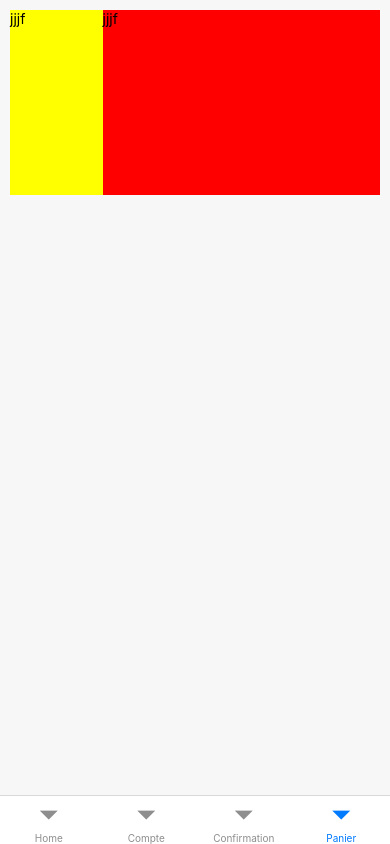
Repository: Norlan-20/Last-Afrilink
Screen: /Panier
These files come from the project's save history. The screen is drawn as it stood at one moment and after the next save; the edit follows.
The page's requests for data from a server got no answer. The app was drawn by React Native's web renderer in a window 390 px wide. The project was rebuilt for these pictures with package versions that can differ from the ones it lists, and the page was loaded fresh each time. No one was signed in, and anything a server would have sent is missing. Also part of the build but not shown: screen/User.js, component/button.js, screen/Confirmation.js, screen/Connexion.js, screen/Inscription.js, screen/Categorie.js, screen/Produit.js.

Above is the screen before, as saved 2021-09-27 09:32:37.

### App.js
/* eslint-disable prettier/prettier */
import React from 'react';
import {View} from 'react-native';
import { NavigationContainer } from '@react-navigation/native';
import { createNativeStackNavigator } from '@react-navigation/native-stack';
import { createBottomTabNavigator } from '@react-navigation/bottom-tabs';
import HomeScreen from './screen/Home';
import UserScreen from './screen/User';
import ConfirmationScreen from './screen/Confirmation';
import ConnexionScreen from './screen/Connexion';
import InscriptionScreen from './screen/Inscription';
import CategorieScreen from './screen/Categorie';
import ProduitScreen from './screen/Produit';
import CartScreen from './screen/Cart';

const Tab = createBottomTabNavigator();
const Stack = createNativeStackNavigator();

const BottomScreen = () => {
  return (
    <Tab.Navigator screenOptions={{headerShown: false}} >
        <Tab.Screen name="Home" component={HomeScreen}/>
        <Tab.Screen name="Compte" component={UserScreen}/>
        <Tab.Screen name="Confirmation" component={ConnexionScreen}/>
        <Tab.Screen name="Panier" component={CartScreen} />
    </Tab.Navigator>
  );
};

const App = () => {
  return (
    <NavigationContainer>
      <Stack.Navigator>
        <Stack.Screen name="Home" options={{headerShown: false}} component={BottomScreen} />
        <Stack.Screen name="Categorie" component={CategorieScreen} />
        <Stack.Screen name="Inscription" component={InscriptionScreen} />
        <Stack.Screen name="Produit" component={ProduitScreen} />
        {/* <Stack.Screen name="Panier" component={CartScreen} /> */}
      </Stack.Navigator>
    </NavigationContainer>
  );
};

export default App;

### screen/Home.js
/* eslint-disable prettier/prettier */
import React,{useState,useEffect} from 'react';
import {View, Text, StyleSheet, StatusBar, Dimensions, ScrollView} from 'react-native';
import { Header, Icon, Image, SearchBar } from 'react-native-elements';
import Categorie from '../component/categorie';
import Produit from '../component/produit';
import { listOfCategories } from '../API/api';
// import EvilIcons from 'react-native-vector-icons/EvilIcons';

const {width,height} = Dimensions.get('window');
const fond = '#F7F7F7';
const primary = '#2e3190';
const search = '#DDDDDD';

const HomeScreen = props => {

    const [categorie,setCategorie] = useState(null);

    useEffect(()=> {
        listOfCategories().then(res => setCategorie(res));
    },[]);

    const showCategorie = (categorieImage,categorieTitle) => {
        props.navigation.navigate('Categorie',{image: categorieImage, title: categorieTitle});
    };

    const showProduct = (infoProduct) => {
        props.navigation.navigate('Produit',{data: infoProduct});
    };

    return (
        <View style={styles.container}>
            <StatusBar hidden={false}/>
            { console.log(categorie) }
            <Header
                leftComponent={<Icon name="navicon" type="evilicon" size={40} color="#FFF"/>}
                leftContainerStyle={{marginTop: 15}}
                centerComponent={<Image source={require('../assets/logobleu.jpg')} style={{width: 200, height: 50}} />}
                rightComponent={<Icon name="cart" type="evilicon" size={40} color="#FFF"/>}
                rightContainerStyle={{marginTop: 15}}
                backgroundColor={primary}
            />
            <SearchBar
                placeholder="Rechercher"
                round
                lightTheme
                containerStyle={{ width: width,backgroundColor: fond, borderWidth: 0}}
                inputContainerStyle={{ height: 45, backgroundColor: search, borderRadius: 150 }}
                inputStyle={{ height: 45,backgroundColor: search }}
                // searchIcon={<Icon name="user" type="ionicon" />}
                showCancel
                cancelIcon
                onClear
                style={{width: width}}
            />
            <ScrollView>
                <Categorie nom="Catégorie" data={categorie} changeView={showCategorie} />
                <Produit nom="Vedette" changeView={showProduct} />
            </ScrollView>
        </View>
    );
};

const styles = StyleSheet.create({
    container:{
        flex: 1,
        backgroundColor: '#F7F7F7',
    },
});

export default HomeScreen;

### screen/Cart.js
/* eslint-disable prettier/prettier */
import React from 'react'
import { View, Text, ScrollView, Dimensions, StyleSheet, Image, TouchableOpacity } from  'react-native'
import { SwiperFlatList } from 'react-native-swiper-flatlist';

const {width,height} = Dimensions.get('window');
const WIDTH = width - 20 ;
const fond = '#F7F7F7';
const primary = '#2e3190';

const CartScreen = props => {
    return (
        <View style={styles.container}>
            <TouchableOpacity style={styles.cartProductContainer}>
                <View style={styles.productImageContiner}><Text>jjjf</Text></View>
                <View style={styles.productInfoContiner}><Text>jjjf</Text></View>
            </TouchableOpacity>
        </View>
    );
};

const styles = StyleSheet.create({
    container:{
        flex: 1,
        padding: 10,
        backgroundColor: fond,
        alignItems: 'center',
    },
    cartProductContainer: {
        flexDirection: 'row',
        backgroundColor: '#DADADA',
        width: WIDTH,
        height: WIDTH / 2,
    },
    productImageContiner: {
        flex: 2,
        backgroundColor: 'yellow',
    },
    productInfoContiner: {
        flex: 6,
        backgroundColor: 'red',
    },
});

export default CartScreen;

### API/api.js
/* eslint-disable prettier/prettier */
// API list


export const url = 'https://afrilink.herokuapp.com';

// Retrieve list of categorie

export const listOfCategories = () => {
    return fetch(`${url}/category`,{
        method: 'GET',
        headers:{
            Accept:'application/json',
            'Content-type': 'application/json',
        },
    })
    .then((response) => response.json())
    // .then(res => res)
    .catch((error)=> console.log('error'));
};

export const listOfProduct = () => {
    return fetch(`${url}/product`,{
        method: 'GET',
        headers:{
            Accept:'application/json',
            'Content-type': 'application/json',
        },
    })
    .then((response) => response.json())
    // .then(res => res)
    .catch((error)=> console.log('error'));
};

Loaded but not shown: component/categorie.js (library); component/produit.js (library)

After the next save:
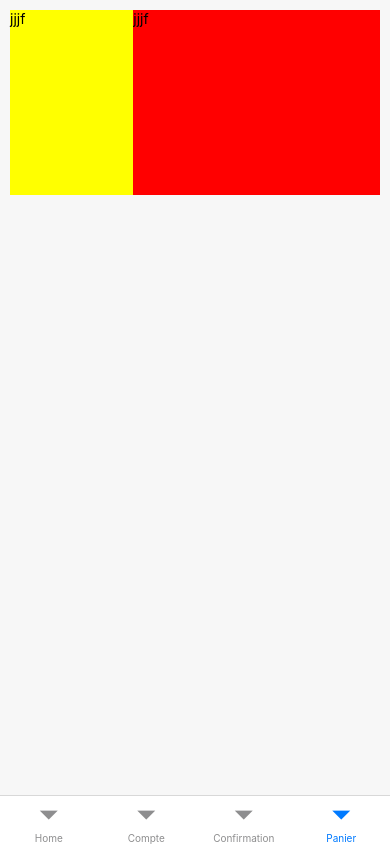
Saved 20 s later.
--- a/screen/Cart.js
+++ b/screen/Cart.js
@@ -33,11 +33,11 @@
         height: WIDTH / 2,
     },
     productImageContiner: {
-        flex: 2,
+        flex: 1,
         backgroundColor: 'yellow',
     },
     productInfoContiner: {
-        flex: 6,
+        flex: 2,
         backgroundColor: 'red',
     },
 });
